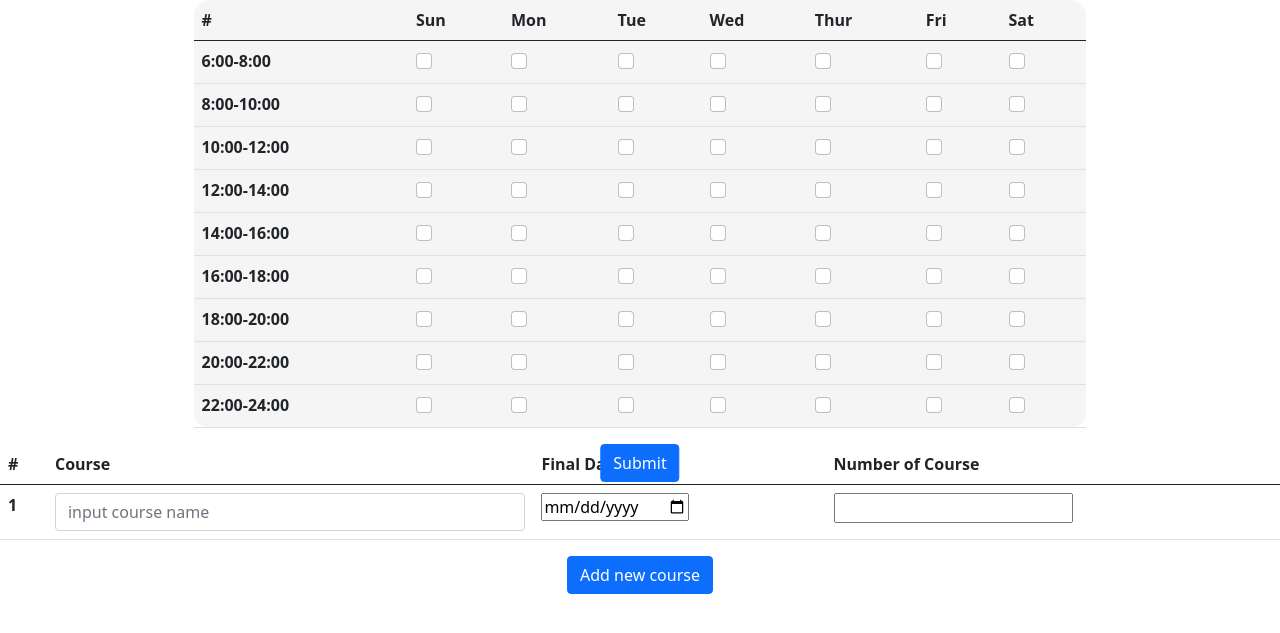
Repository: xich4932/fuxiguanli
Page: index_main.html
An editor plug-in stored every save of this project. The page is shown before and after the next save, followed by the edit.
The browser window is 1280 px wide. The pictures show the whole page.
After loading, the first visible `button.btn` was clicked once.

Above is the page before, as saved 2021-06-24 14:47:41.

### index_main.html
<!doctype html>
<html lang="en">
  <head>
    <!-- Required meta tags -->
    <meta charset="utf-8">
    <meta name="viewport" content="width=device-width, initial-scale=1">

    <!-- Bootstrap CSS -->
    <link href="https://cdn.jsdelivr.net/npm/bootstrap@5.0.1/dist/css/bootstrap.min.css" rel="stylesheet" integrity="sha384-+0n0xVW2eSR5OomGNYDnhzAbDsOXxcvSN1TPprVMTNDbiYZCxYbOOl7+AMvyTG2x" crossorigin="anonymous">
    <script src="https://cdnjs.cloudflare.com/ajax/libs/jquery/3.6.0/jquery.min.js" integrity="sha512-894YE6QWD5I59HgZOGReFYm4dnWc1Qt5NtvYSaNcOP+u1T9qYdvdihz0PPSiiqn/+/3e7Jo4EaG7TubfWGUrMQ==" crossorigin="anonymous" referrerpolicy="no-referrer"></script>

    <link rel="stylesheet" href="style.css">
    <title>Hello, world!</title>
  </head>
  <body onload="load_table()">

    <!-- Optional JavaScript; choose one of the two! -->

    <!-- Option 1: Bootstrap Bundle with Popper -->
    <script src="https://cdn.jsdelivr.net/npm/bootstrap@5.0.1/dist/js/bootstrap.bundle.min.js" integrity="sha384-gtEjrD/SeCtmISkJkNUaaKMoLD0//ElJ19smozuHV6z3Iehds+3Ulb9Bn9Plx0x4" crossorigin="anonymous"></script>

    <!-- Option 2: Separate Popper and Bootstrap JS -->
    <!--
    <script src="https://cdn.jsdelivr.net/npm/@popperjs/core@2.9.2/dist/umd/popper.min.js" integrity="sha384-IQsoLXl5PILFhosVNubq5LC7Qb9DXgDA9i+tQ8Zj3iwWAwPtgFTxbJ8NT4GN1R8p" crossorigin="anonymous"></script>
    <script src="https://cdn.jsdelivr.net/npm/bootstrap@5.0.1/dist/js/bootstrap.min.js" integrity="sha384-Atwg2Pkwv9vp0ygtn1JAojH0nYbwNJLPhwyoVbhoPwBhjQPR5VtM2+xf0Uwh9KtT" crossorigin="anonymous"></script>
    -->
    <div class="container" id="table_itself">
    <div id="print_table" class="table_style">
      <table class="table" id = "this_table">
        <thead>
          <tr>
            <th scope="col">#</th>
            <th scope="col">Sun</th>
            <th scope="col">Mon</th>
            <th scope="col">Tue</th>
            <th scope="col">Wed</th>
            <th scope="col">Thur</th>
            <th scope="col">Fri</th>
            <th scope="col">Sat</th>
          </tr>
        </thead>
        <tbody id="table_body">

        </tbody>
        </table>
    </div>
    <!--
    <div>
      <div id="course_table" >
        <table class="table" id = "add_course_table">
          <thead>
            <tr>
              <th scope="col">#</th>
              <th scope="col">Course</th>
              <th scope="col">Final Date</th>
              <th scope="col">Number of Course</th>
            </tr>
          </thead>
          <tbody id="course">

            <tr>
              <th scope="row">1</th>
              <td>
                <input class="form-control" type="text" placeholder="input course name" aria-label="default input example" id="course_0">
              </td>
              <td>
                <input type="date" id="final_0">
              </td>
              <td>
                <input type="number" id="num_0">
              </td>
            </tr>

          </tbody>
          </table>
    </div>
    </div>
    -->


    <div class="position-absolute bottom-7 start-50 translate-middle-x">
      <button type="button" class="btn btn-primary" onclick="checking()">Submit</button>
      <!--
      <a class="btn btn-primary" href="class_main.html" style="visibility:hidden;" role="button" id="table_next">Next</a>
      -->
    </div>
  </div>

    <div container style="visibility: hidden;" id="table_next">
      <div>
        <div id="course_table" >
          <table class="table" id = "add_course_table">
            <thead>
              <tr>
                <th scope="col">#</th>
                <th scope="col">Course</th>
                <th scope="col">Final Date</th>
                <th scope="col">Number of Course</th>
              </tr>
            </thead>
            <tbody id="course">

              <tr>
                <th scope="row">1</th>
                <td>
                  <input class="form-control" type="text" placeholder="input course name" aria-label="default input example" id="course_0">
                </td>
                <td>
                  <input type="date" id="final_0">
                </td>
                <td>
                  <input type="number" id="num_0">
                </td>
              </tr>

            </tbody>
            </table>
      </div>
      </div>
      <!--
        <div ">
        <button type="button" class="btn btn-primary" id="addbtn" onclick="printing()">check</button>
      </div>
      -->
        <div>

          <div class="position-absolute bottom- start-50 translate-middle-x">
              <button type="button" class="btn btn-primary" id="addbtn" onclick="add_course()">Add new course</button>

          </div>
    </div>



     <script type="text/javascript" src="script.js" defer="true"></script>
  </body>
</html>

### style.css

.vertical-center {
    margin: 0;
    position: absolute;
    top: 50%;
    -ms-transform: translateY(-50%);
    transform: translateY(-50%);
}
/*
.float{
	position:fixed;
	width:60px;
	height:60px;
	bottom:40px;
	right:40px;
	background-color:#0C9;
	color:#FFF;
	border-radius:50px;
	text-align:center;
	box-shadow: 2px 2px 3px #999;
}
*/
.table_style{
	background-color: whitesmoke;
	width: 80%;
	height: 100%;
	margin: auto;
	border-radius: 1pc;
	border-color: teal;
}

### script.js
function load_table(){
    var table = document.getElementById("table_body")
    //table.innerHTML;
    str = ''
    count = 0;
    window_time = ["6:00-8:00", "8:00-10:00", "10:00-12:00", "12:00-14:00", "14:00-16:00", "16:00-18:00", "18:00-20:00", "20:00-22:00", "22:00-24:00"]
    for(r = 0; r < 9; r++){
        str += '<th scope="row">'+window_time[r]+'</th>'
        for(i = 0; i < 7; i++){
            str += '<td><div class="form-check"><input class="form-check-input" type="checkbox" value="" id="check'+count+'"><label class="form-check-label" for="window'+count+'"></label></div></td>'
            count ++
        }
        str += '</tr>'
    }
    //var arr = [1,2,3,4]
    //test.apply(this ,arr)
    //console.log(arr.join())
    table.innerHTML += str
};

var week = []
function checking(){
    for(var f = 0; f < 7; f++){
        var temp_arr = []
        for( i = f; i <63; i+=7 ){
            if(document.getElementById('check' + String(i)).checked == true){
                console.log(i)
                temp_arr.push(parseInt(i/ 7))
            }
        }
        week.push(temp_arr)
    }
    console.log(week)
    document.getElementById("table_next").style.visibility = "visible"
}

var total = 1;
//test
/*
week.push([0])
week.push([1,2])
week.push([2,3])
week.push([4])
week.push([5])
week.push([])
week.push([])
*/
var giant_table = []

function add_course(){
    add = document.getElementById("course");
    str = '<tr><th scope="row">'+ (total+1)+'</th><td><input class="form-control" type="text" placeholder="input course name" aria-label="default input example" id="course_'+total+'"></td><td><input type="date" id="final_'+total+'"></td><td><input type="number" id="num_'+total+'"></td></tr>'
    total += 1
    $('#add_course_table tr:last').after(str);
}

function printing(){
    console.log(document.getElementById('final_date1').value)
    console.log(document.getElementById('num_course1').value)
    console.log(document.getElementById('course_1').value)

}


//the day before final is reserved, thus function need to find the actual day of before_fianl
function cal_day(day, month, year){
    if(day != 1){
        day -= 1
        if(day < 10){
            //return String(year)+String(month)+'0'+String(day)
            return year.toString() + month.toString() + '0' + day.toString()
        }else{
            //return String(year)+String(month)+String(day)
            return year.toString() + month.toString()  + day.toString()
        }
    }else if(!(month == 1 && day == 1)){
        //month - 1 which is end with 31
        if(month == 1 || month == 2 || month == 4 || month == 6 || month == 8 || month == 9 || month == 11){
            month = (month - 1)%12
            if(month < 10){
                return String(year) + '0' + String(month) + "31"
            }else{
                return String(year) + String(month) + "31"
            }

        }else if(month == 3){//month - 1 is Feb, we need to check whether is leap year
            month = 2;
            if(((year % 4 == 0) && (year % 100 != 0)) || (year % 400 == 0)){
                day = 29
            }else{
                day = 28
            }
            return String(year) + String(month) + String(day)
        }else{
            //month - 1 which is end with 30
            month = (month - 1)%12
            if(month < 10){
                return String(year) + '0' + String(month) + "30"
            }else{
                return String(year) + String(month) + "30"
            }
        }
    }else{
        //when is the first day of year, year - 1
        year -= 1
        return String(year) + "1231"
    }
}
/*
cal_day(21,2,1999)
cal_day(1,3,2020)
cal_day(1,3,2021)
cal_day(1,10,2021)
*/

function cal_next_day(day, month, year){
    if(month == 1 || month == 3 || month == 5 || month == 7 || month == 8 || month == 10 || month == 12){ // month end in 30 days
        if(month == 12 && day == 31){//next day is new year
            return (year+1).toString() + "0101"
        }
        if(day + 1 <= 31){
            if(day + 1 < 10){
                day = "0" + (day + 1).toString()
            }else{
                day = (day + 1).toString()
            }
        }else{
            day = "01"
            month +=1
        }
        if(month < 10){
            month = "0" + month.toString()
        }else{
            month = month.toString()
        }
    }
    else if(month == 2){
        var max_day = 0;
        month = "03"
        if(((year % 4 == 0) && (year % 100 != 0)) || (year % 400 == 0)){
            //day = 29
            max_day = 29
        }else{
            max_day = 28
        }
        if(day + 1 > max_day){

            day = "01"
        }else{
            day = (day + 1).toString()
            if(day < 9){
                day = "0" + (day + 1).toString()
            }else{
                day = (day + 1).toString()
            }
        }
    }else{
        //month end in 30 days
        if(day + 1 <= 30){
            if(day + 1 < 10){
                day = "0" + (day + 1).toString()
            }else{
                day = (day + 1).toString()
            }
        }else{
            month += 1
            day = "01"
        }
        if(month  < 10){
            month = "0" + month.toString()
        }else{
            month = month.toString()
        }

    }
    return String(year)+String(month)+String(day)
}

function week_handle(){
    for(var e = 0; e < week.size; e++){
        var temep_arr = []
        for(var t = 0; e < week[e].size; t++){
            console.log(week[e][t])
            var taker = ret_window(week[e][t])
            console.log(taker)
            temp_arr.push(taker)
        }
        week[e] = []
        week[e].push(temp_arr)
        temp_arr = []
    }
    //console.log(week.join())
}


var final_arr=[]; // final dates
var before_final = [] //the days before final
var course_arr = []; //course name
var num_arr = [] //number of topic of final for review
var start_day = []//start day of
//var time_end = []//
var exclude_final = [] // exclude from review days
var exclude_str = "" //for RRULE
var icsFile = null;
var event_str = ""
var until = []
var start1 = ""
var start2 = ""
var window_str = ""
var special_id = [] //record UID of calendar task,
var count_fail = 0 //when fail = number of course, function stops
var remain_day = [] //record timewindow that has been used
//var final = []

function create() {
    for(var i = 0; i < total; i++){
        final_arr.push(document.getElementById("final_"+String(i)).value)
        num_arr.push(document.getElementById("num_"+String(i)).value)
        course_arr.push(document.getElementById("course_"+String(i)).value)
    }
   console.log(final_arr.join())
   console.log(course_arr.join())
   console.log(num_arr.join())
    console.log("week: ", week.join())
    //handle week array
    week_handle()

   //total = 2;
   var today = new Date();
   year = today.getFullYear()
   month = today.getMonth() + 1
   day = today.getDate()
   year_str = year.toString()
   month_str = month > 9? month.toString(): "0"+month.toString()
   day_str = day > 9? day.toString(): "0"+day.toString()
    start_day = cal_next_day(day_str, month_str, year_str)
    for(var i = 0; i < total; i++){
        console.log(final_arr[i].substring(0, 4))
        console.log(final_arr[i].substring(5, 7))
        console.log(final_arr[i].substring(8))
        console.log(cal_day((final_arr[i].substring(0, 4)),(final_arr[i].substring(5, 7)), (String(final_arr[i].substring(8)))))
        before_final.push(cal_day(final_arr[i].substring(8), final_arr[i].substring(5, 7), final_arr[i].substring(0, 4)))
        final_arr[i] = final_arr[i].substring(0, 4).toString() + final_arr[i].substring(5, 7).toString() + final_arr[i].substring(8).toString()
        special_id.push(Math.random().toString(36).substring(2))
    }
    //total /= 2
    console.log(final_arr.join())
    console.log(before_final.join())
    //start writing ics file
    day = today.getDay()
    day = (day + 1) % 7
    var idx = day;
    var starter = year.toString() +  month.toString() +  day.toString()
    var  temp_start = starter
    while(count_fail < total){
        temp_start  = starter
        while(temp_start != before_final[idx]){
            for(var ss = 0; ss < week[idx].size(); ss++){
                var start_str = (week[idx][ss]).toString()
            }
            createEvent_review(special_id[idx], course_arr[idx], temp_start, idx)
        }

    }
    ret_window()
    review_windows()
    automator()
   var final_ics = createEvent_final()
   //makeIcsFile()
   var ready = document.getElementById("downbtn")
   ready.href = makeIcsFile()
   document.getElementById("downbtn").style.visibility = "visible"
}

function check_reserved(tocheck){
    remain_day.map(x =>  {
        if(x == tocheck)
        return true
    })
    return false
}
/*
function exdate_working(){
    var temp_size = total / 2
    for(var t =0; t < total; t+=2){
        var str = ""
        str = String(final_arr[t].substring(0,4)) + String(final_arr[t].substring(5,7)) + String(final_arr[t].substring(8)) + 'T' + "000000"
        time_start.push(str)
        console.log("im in func")
    }
}
 */
/*
function time_to_start(){
   // console.log(final_arr.join())
    for(var t =0; t < total; t+=2){
        var str = ""
        str = String(final_arr[t].substring(0,4)) + String(final_arr[t].substring(5,7)) + String(final_arr[t].substring(8)) + 'T' + "000000"
        time_start.push(str)
        console.log("im in func")
    }
    //console.log(time_start.join())
}

function time_to_end(){
    //console.log(final_arr.join())
    for(var t =1; t <= total; t+=2){
        var str = ""
        str = String(final_arr[t].substring(0,4)) + String(final_arr[t].substring(5,7)) + String(final_arr[t].substring(8)) + 'T' + "235959"
        time_end.push(str)
        console.log("im in fund")
    }
}
 */

/*

 */
function final_rearrange(){
    for(var t =0; t < total ; t++){
        var temp_str = String(final_arr[t].substring(0,4)) + String(final_arr[t].substring(5,7)) + String(final_arr[t].substring(8)) + 'T' + "000000"
        if(t % 2){
            final_arr.push(temp_str)
        }
        exclude_str += temp_str
        exclude_str +=    ','
    }
    //console.log(str)
    //console.log(final_formatted.join())
}
/*
 *  store the time of windows
 *
 */
function ret_window(num){
    if(num == 0){
        start1 = "060000"
        start2 = "080000"
    }else if(num == 1){
        start1 = "080000"
        start2 = "100000"
    }else if(num == 2){
        start1 = "100000"
        start2 = "120000"
    }else if(num == 3){
        start1 = "120000"
        start2 = "140000"
    }else if(num == 4){
        start1 = "140000"
        start2 = "160000"
    }else if(num == 5){
        start1 = "160000"
        start2 = "180000"
    }else if(num == 6){
        start1 = "180000"
        start2 = "200000"
    }else if(num == 7){
        start1 = "200000"
        start2 = "220000"
    }else if(num == 8){
        start1 = "220000"
        start2 = "240000"
    }
    return start1.toString() + start2.toString()
}
/*
function review_windows(){
    var today = new Date()
    for(var d = 0; d < total; d++){
        //window_str =
        time_start.push(String(today.getFullYear()) + String(today.getMonth()+1) + String(today.getDate()) + "T" + window_start)
        time_end.push(String(today.getFullYear()) + String(today.getMonth()+1) + String(today.getDate()) + "T" + window_end)
    }
}
*/

/*
the final day and the days before final is reserved
*/
//var week = []
function calNextDay(month, year, day){
    if(month == 1 || month == 3 || month == 5 || month == 7 || month == 8 || month == 10 | month == 12 ){
        if(day + 1 > 31) return 1;
      //  else return day + 1;
    }else if(month == 4 || month == 6 || month == 9 || month == 11){
        if(day + 1 > 30) return 1;
     //   else return day + 1;
    }else{
        if(year % 4){
            if(day + 1 > 28) return 1;
          //  else return day + 1;
        } //return 28;
        if(!(year % 4) && year % 100){
            if(day + 1 > 29) return 1;
          //  else return day + 1;
        } //return 29; //leap month
        if(year % 100 && !(year % 400)){
            if(day + 1 > 28) return 1;
          //  else return day + 1;
        } //return 28
        else{
            if(day + 1 > 29) return 1;
          //  else return day + 1;
        } //return 29 //leap month
    }
    return day + 1
}



function automator(){
    var today = new Date()
    var sizer = total / 2;
    var temp_event
    console.log(today.getFullYear(), today.getMonth() +1, today.getDate())
    //document.getElementById("")
    time_start = String(today.getFullYear()) + String(today.getMonth()+1) + String(today.getDate()) + 'T000000'
    var weekday = translate_week((today.getDay() + 1) % 7 )
    for(var g = 0; g < sizer; g++){
        event_str += createEvent(course_arr[g], time_start[g], time_end[g] ,  until[g], translate_week(today.getDay()%7) )
    }
}


//return day in code
function translate_week(temp_week){
    switch (temp_week){
        case 0:
            return "SU"
            break;
        case 1:
            return "MO"
            break;
        case 2:
            return "TU"
            break;
        case 3:
            return "WE"
            break;
        case 0:
            return "TH"
            break;
        case 1:
            return "FR"
            break;
        case 2:
            return "SA"
            break;
        default:
            return "MO"
            break;
    }

}


//writing ICS rule

function createEvent_review(id, event_name, start_time, end_time, window) {
    var event_str = ""
    for(var i = 0; i < time_start.length; i++){
       event_str += "BEGIN:VEVENT\n" +
       "UID:" +
       id +
       "\n" +
       "TZID:Asia/Shanghai\n" +
       "DTSTART;VALUE=DATE:" +
       //time_start[i] +
       "\n" +
       "DTEND;VALUE=DATE:" +
      // time_end[i] +
       "\n" +
       "SUMMARY:" +
      // course_arr[i] +
       "\n" +
       "DESCRIPTION:" +
       "review for "+ course_arr[i] +
       "\n" +
       "BEGIN:VALARM\n" +
       "TRIGGER:-PT10M\n" +
       "ACTION:DISPLAY" +
       //"RRULE: FREQ=WEEKLY; WKST=SUN; BYDAY= " + r_week + //"EXDATE="+ exclude_str +
       //"\n" +
       "END:VEVENT\n";
    }
    return event_str
}

var final_str = ""
function createEvent_final() {
    for(var i = 0; i < total; i++){
       event_str += "BEGIN:VEVENT\n" +
       "UID:" +
       Math.random().toString(36).substring(2) +
       "\n" +
       "TZID:Asia/Shanghai\n" +
       "DTSTART;VALUE=DATE:" +
       //time_start[i] +
       final_arr[i] + "T000000"
       "\n" +
       "DTEND;VALUE=DATE:" +
       final_arr[i] + "T235959"
      // time_end[i] +
       "\n" +
       "SUMMARY:" +
       "final for "+ course_arr[i] +
       "\n" +
       "DESCRIPTION:" +
       "final for "+ course_arr[i] +
       "\n" +
       "BEGIN:VALARM\n" +
       "TRIGGER:-PT10M\n" +
       "ACTION:DISPLAY" +
       //"RRULE: FREQ=WEEKLY; WKST=SUN; BYDAY= " + r_week + "EXDATE="+ exclude_str +
       "\n" +
       "END:VEVENT\n";
    }
    return final_str
}



function makeIcsFile(date, summary, description) {
    //event_str =
    //console.log("eventstr: ", event_str)
    var test =
      "BEGIN:VCALENDAR\n" +
      "CALSCALE:GREGORIAN\n" +
      "METHOD:PUBLISH\n" +
      "PRODID:-//Test Cal//EN\n" +
      "VERSION:2.0\n";
     // console.log(event_str)
      test += event_str;

      test += "END:VCALENDAR";
    ///console.log(test)
    var data = new File([test], { type: "text/plain" });

    // If we are replacing a previously generated file we need to
    // manually revoke the object URL to avoid memory leaks.
    if (icsFile !== null) {
      window.URL.revokeObjectURL(icsFile);
    }

    icsFile = window.URL.createObjectURL(data);

    return icsFile;
}

After the next save:
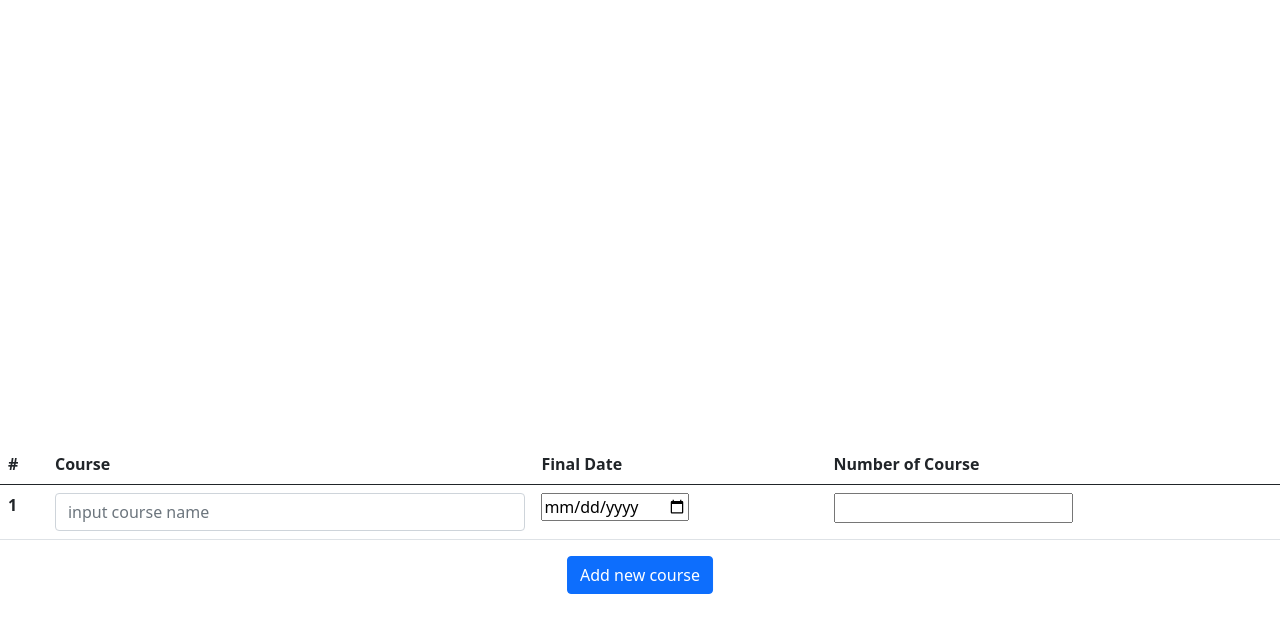
Saved 20 s later.
--- a/script.js
+++ b/script.js
@@ -32,6 +32,7 @@ function checking(){
     }
     console.log(week)
     document.getElementById("table_next").style.visibility = "visible"
+    document.getElementById("table_itself").style.visibility = "hidden"
 }
 
 var total = 1;
